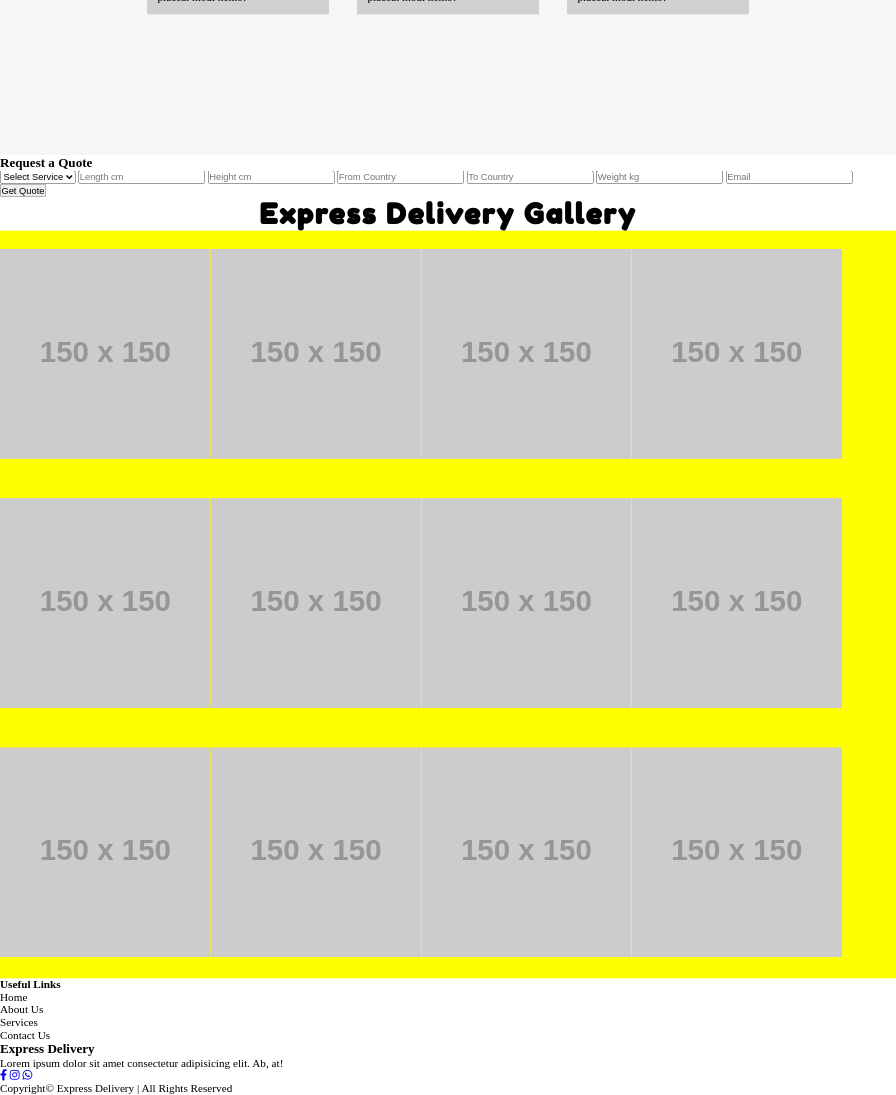
Repository: just-mann/express-delivery
Page: index.html
An editor plug-in stored every save of this project. The page is shown before and after the next save, followed by the edit.
The browser window is 1280 px wide. The pictures show the part of the page from y = 1221 to 3141 px (the page is 2785 px tall before and 3141 px after), at 70% of full size.
The style sheet was rebuilt from its Sass, Less or Tailwind sources for each picture, by a compiler version that may differ from the author's.

Above is the page before, as saved 2021-06-30 15:46:17.

### index.html
<!DOCTYPE html>
<html lang="en">
<head>
    <meta charset="UTF-8">
    <meta http-equiv="X-UA-Compatible" content="IE=edge">
    <meta name="viewport" content="width=device-width, initial-scale=1.0">
    <meta name="author" content="Justin Kollie">
    <meta name="description" content="Reliable shipping solutions across the U.S.">
    <link rel="stylesheet" href="/css/style.css">
    <link rel="stylesheet" href="https://cdnjs.cloudflare.com/ajax/libs/font-awesome/5.15.3/css/all.min.css" referrerpolicy="no-referrer" />
    <title>Express Delivery | Your trusted delivery system</title>
</head>
<body id="top">
    <header>
        <div class="top-section">
            <p><i class="fas fa-headphones"></i> 401 123 4567</p>
            <p class="emailAdd"><i class="fas fa-envelope"></i> expressdelivery@email.com</p>
            <p><i class="fas fa-map-marker-alt"></i> Providence, RI</p>
        </div>
        <nav>
            <a href="#" class="logo"><span>Express</span>Delivery</a>
            <div class="nav__links">
                <a href="#">Home</a>
                <a href="#">About</a>
                <a href="#">Services</a>
                <a class="quoteGet" href="#contact-us">Get a Quote</a>
            </div>
        </nav>
        <section class="hero__div">
            <div class="hero__section">
                <div class="hero__overlay">
                    <h2>Express Delivery</h2>
                    <p class="firstPara">Lorem ipsum, dolor sit amet consectetur adipisicing elit. Cumque, numquam.</p>
                    <p class="secondPara">Lorem ipsum dolor sit amet.</p>
                    <a href="#aboutUs">Scroll Down</a>
                </div>
            </div>
        </section>
    </header>
    <section class="product__description">

    </section>
    <section class="aboutUs" id="aboutUs">
        <h3>About Express Delivery</h3>
        <p>
            Lorem ipsum dolor sit amet consectetur adipisicing elit.
            Repellat consectetur alias sed dolores aspernatur asperiores!
        </p>
        <div class="about__card-div">
            <div class="card">
                <div class="imgDiv">
                    <img src="/images/container_ship.jpg" alt="card1">
                </div>
                <div>
                    <h4>Lorem ipsum dolor sit.</h4>
                    <h6>Lorem, ipsum.</h6>
                    <p>
                        Lorem ipsum dolor sit amet, consectetur adipisicing elit.
                        Laboriosam a excepturi minima tenetur error magnam incidunt
                        et expedita quo eveniet maxime sint, placeat modi nemo!
                    </p>
                </div>
            </div>
            <div class="card">
                <div class="imgDiv">
                    <img src="/images/container_ship.jpg" alt="card1">
                </div>
                <div>
                    <h4>Lorem ipsum dolor sit.</h4>
                    <h6>Lorem, ipsum.</h6>
                    <p>
                        Lorem ipsum dolor sit amet, consectetur adipisicing elit.
                        Laboriosam a excepturi minima tenetur error magnam incidunt
                        et expedita quo eveniet maxime sint, placeat modi nemo!
                    </p>
                </div>
            </div>
            <div class="card">
                <div class="imgDiv">
                    <img src="/images/container_ship.jpg" alt="card1">
                </div>
                <div>
                    <h4>Lorem ipsum dolor sit.</h4>
                    <h6>Lorem, ipsum.</h6>
                    <p>
                        Lorem ipsum dolor sit amet, consectetur adipisicing elit.
                        Laboriosam a excepturi minima tenetur error magnam incidunt
                        et expedita quo eveniet maxime sint, placeat modi nemo!
                    </p>
                </div>
            </div>
        </div>
    </section>
    <section class="contact" id="contact-us">
        <h3>Request a Quote</h3>
        <form action="">
            <select name="services" id="services">
                <option>Select Service</option>
                <option value="service1">Service 1</option>
                <option value="service2">Service 2</option>
                <option value="service3">Service 3</option>
                <option value="service4">Service 4</option>
            </select>
            <input type="text" placeholder="Length cm">
            <input type="text" placeholder="Height cm">
            <input type="text" name="country-from" id="country-from" placeholder="From Country">
            <input type="text" name="country-to" id="country-to" placeholder="To Country">
            <input type="text" name="weight" id="weight" placeholder="Weight kg">
            <input type="email" name="email" id="email" placeholder="Email">
            <input type="submit" value="Get Quote">
        </form>
    </section>
    <section class="gallery">
        <h3>Express Delivery Gallery</h3>
        <div class="gallery__div">
            <li><img src="https://placehold.co/150x150"></li>
            <li><img src="https://placehold.co/150x150"></li>
            <li><img src="https://placehold.co/150x150"></li>
            <li><img src="https://placehold.co/150x150"></li>
            <li><img src="https://placehold.co/150x150"></li>
            <li><img src="https://placehold.co/150x150"></li>
            <li><img src="https://placehold.co/150x150"></li>
            <li><img src="https://placehold.co/150x150"></li>
            <li><img src="https://placehold.co/150x150"></li>
            <li><img src="https://placehold.co/150x150"></li>
            <li><img src="https://placehold.co/150x150"></li>
            <li><img src="https://placehold.co/150x150"></li>
            <!-- <li><img src="https://placehold.co/10x10"></li> -->
        </div>
    </section>
    <footer class="footer">
        <section class="footer__top">
            <div class="usefulLinks">
                <h4>Useful Links</h4>
                <li>Home</li>
                <li>About Us</li>
                <li>Services</li>
                <li>Contact Us</li>
            </div>
            <div>
                <h3>Express Delivery</h3>
                <p>
                    Lorem ipsum dolor sit amet consectetur adipisicing elit. Ab, at!
                </p>
                <div class="social__links">
                    <a href="#"><i class="fab fa-facebook-f"></i></a>
                    <a href="#"><i class="fab fa-instagram"></i></a>
                    <a href="#"><i class="fab fa-whatsapp"></i></a>
                </div>
            </div>
        </section>
        <section class="footer__bottom">
            <p>Copyright&copy Express Delivery | All Rights Reserved</p>
        </section>
    </footer>
</body>
</html>

### Sass/style.scss
@import 'reset';
@import 'default__styles';
@import 'mixins';

body {
    position: relative;
}


header {
    .top-section {
        background: $secondary__color;
        color: $light__white;
        display: flex;
        justify-content: flex-start;
        align-items: center;
        // padding: 15px 0px;
        @include my_container;
        height: 45px;

        p {
            font-family: $third__font;
            font-size: 0.87rem;
            color: $dark__white;
            letter-spacing: 0.3px;
            margin: 0 10px;

            .emailAdd {
                border-left: 1px solid red;
                border-right: 1px solid red;
            }

            i {
                transition: 0.7s;
            }



            &:hover {
                i {
                    color: $primary__color;
                }
            }
        }
    }

    nav {
        // position: sticky;
        // top: 0;
        // left: 0;
        @include my_container;
        width: 100%;
        height: 95px;
        // padding: 0px 35px;
        background: $light__white;
        display: flex;
        justify-content: space-between;
        align-items: center;

        .logo {
            font-size: 2.3rem;
            color: $primary__color;
            font-weight: 450;
            letter-spacing: 1px;
            font-family: $primary__font;
            span {
                color: $secondary__color;
            }
        }

        .nav__links {
            a {
                color: $secondary__color;
                font-size: 1rem;
                margin: 0 15px;
                transition: 0.5s;
                font-family: $secondary__font;
                font-weight: 150;
                letter-spacing: 0.5px;

                &:hover {
                    color: $primary__color;
                }

            }

            .quoteGet {
                @include btn_style;
            }
        }
    }

    .hero__div {
        height: 90vh;
        z-index: 0;
        .hero__section {
            width: 100%;
            height: 100%;
            display: flex;
            justify-content: center;
            align-items: center;
            background: url('/images/heroImg.jpg') no-repeat center center / cover;

            .hero__overlay {
                // display: none;
                background: rgba(0, 0, 0, 0.678);
                height: 100%;
                width: 100%;
                display: flex;
                align-items: center;
                justify-content: center;
                flex-direction: column;
                color: $light__white;
                text-align: center;

                h2 {
                    font-size: 5rem;
                    margin-top: 30px;
                    font-family: $secondary__font;
                    font-weight: 90;
                }

                .firstPara {
                    font-family: $third__font;
                    font-size: 1.2rem;
                    font-weight: 300;
                    line-height: 1.4em;
                    margin: 30px 0px 6px 0px;
                    color: $dark__white;
                }
                .secondPara {
                    font-family: $third__font;
                    font-size: 1rem;
                    font-weight: 300;
                    line-height: 1.4em;
                    margin: 5px 0px;
                    color: $dark__white;
                }

                a {
                    @include btn_style;
                    margin: 80px 0px 5px 0px;
                }
            }
        }
    }
}





// About Us
.aboutUs {
    // @include my_container;
    max-width: 100%;
    min-height: 50vh;
    text-align: center;
    margin: 0px auto;
    padding-top: 30px;
    padding-bottom: 15px;
    background: rgb(248, 245, 245);

    h3 {

    }

    p {

    }

    .about__card-div {
        // background: yellow;
        max-width: 100%;
        margin: 0 auto;
        padding: 25px;
        display: grid;
        justify-content: center;
        align-items: center;
        grid-template-columns: repeat(3, 300px);

        .card {
            min-height: 500px;
            margin: 10px 20px;
            text-align: center;
            &:hover {
                // @include divShadow;
            }

            .imgDiv {
                min-height: 30%;
                padding: 0px;
            }

            img {
                width: 100%;
                min-height: 100%;
                object-fit: cover;
            }

            div {
                padding: 15px;
                margin: 0 auto;
                text-align: left;
                background: $dark__white;

                h4 {
                    font-size: 1.3rem;
                }

                h6 {

                }

                p {

                }
            }
        }
    }
}

.gallery {
    // padding: 35px;
    // min-height: 80vh;
    text-align: center;

    h3 {
        font-family: $secondary__font;
        font-size: 2.5rem;
        // text-align: center;
        letter-spacing: 2.5px;
    }

    .gallery__div {
        @include ClearFix;
        width: 100%;
        margin: 0 auto;
        text-align: center;
        background: yellow;

        li {
            @include grid(4, 2%);

            img {
                width: 100%;
            }
        }
    }



}

### Sass/default__styles.scss
// Google Fonts
@import url('https://fonts.googleapis.com/css2?family=Abel&family=Dancing+Script:wght@300&family=Fredoka+One&family=Permanent+Marker&family=Red+Hat+Text:wght@300&family=Roboto:wght@100&family=Sacramento&display=swap');



// Styles for items like buttons, links, lists, and colors, fonts, etc..

// Variables
$primary__color: #F34963;
$secondary__color: #560c88;
$light__white: #ffffff;
$dark__white: #d1d1d1;
$primary__font: 'Permanent Marker', cursive;
$secondary__font: 'Fredoka One', cursive;
$third__font: 'Red Hat Text', sans-serif;








html {
    scroll-behavior: smooth;
}

a {
    text-decoration: none;
}

ul, li {
    list-style: none;
}

### Sass/mixins.scss
// Button Mixin
@mixin btn_style {
    border: none;
    background: $primary__color;
    color: $light__white;
    padding: 10px 15px;
    font-family: $secondary__font;
    font-weight: 150;
    letter-spacing: 1px;

    &:hover {
        color: $light__white;
        cursor: pointer;
    }
}

@mixin divShadow {
    box-shadow: -1px -3px 46px 16px rgba(0,0,0,0.23);
        -webkit-box-shadow: -1px -3px 46px 16px rgba(0,0,0,0.23);
        -moz-box-shadow: -1px -3px 46px 16px rgba(0,0,0,0.23);
}

@mixin my_container {
    padding: 0px 60px;
}

// ClearFix
@mixin ClearFix {
    &:after {
        content: "";
        display: block;
        clear: both;
    }
}


// Grid Mixin
@mixin grid($cols, $mgn) {
    // @include ClearFix;
    float: left;
    margin: $mgn auto;
    width: ((100% - (($cols - 1) * $mgn)) / $cols);
    &::nth-child(#{$cols}n) {
        margin-right: 0;
    }
}

Loaded but not shown: Sass/reset.scss (common file)

After the next save:
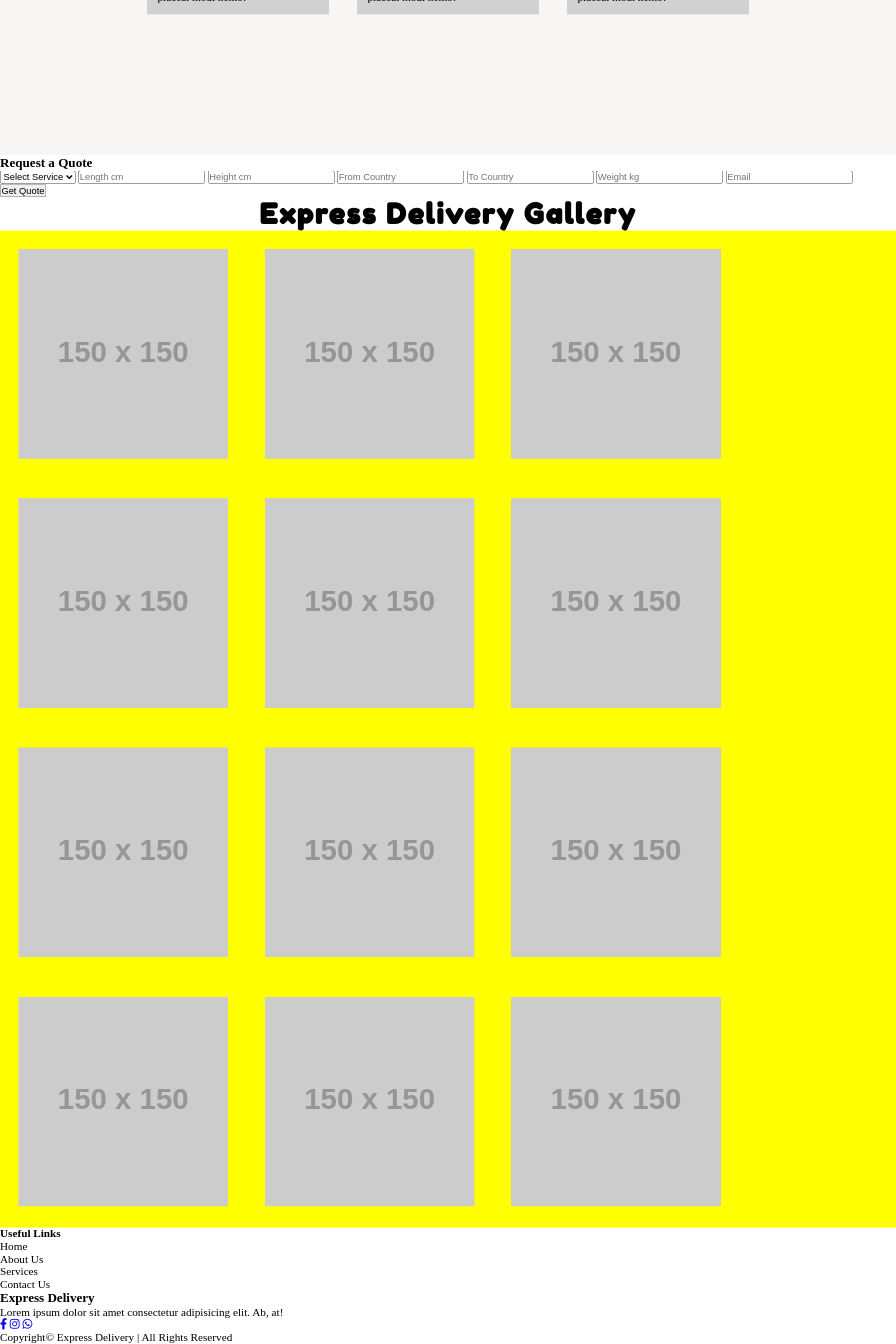
Saved 19 s later.
--- a/Sass/mixins.scss
+++ b/Sass/mixins.scss
@@ -38,7 +38,7 @@
 @mixin grid($cols, $mgn) {
     // @include ClearFix;
     float: left;
-    margin: $mgn auto;
+    margin: $mgn;
     width: ((100% - (($cols - 1) * $mgn)) / $cols);
     &::nth-child(#{$cols}n) {
         margin-right: 0;
